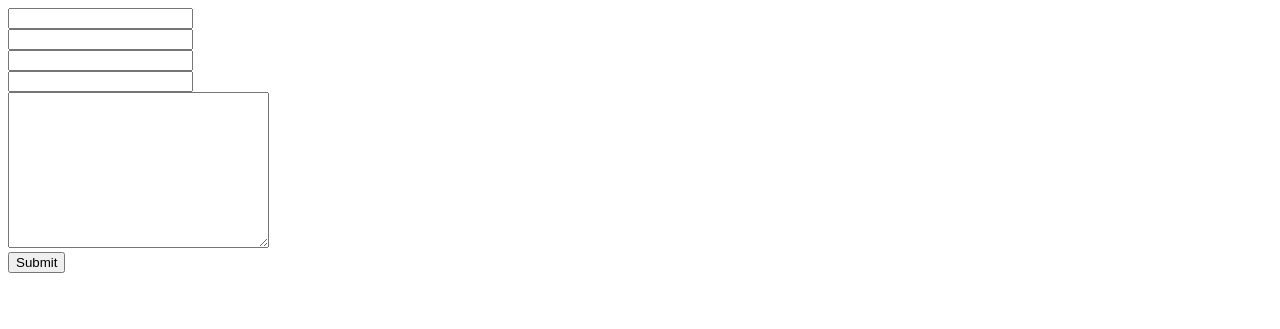
Repository: GitOnibi/jsp
Page: http://localhost/JSPprojec/notice/write_form.jsp?mode=write
The author's editor kept a copy of each file at every save. The page is drawn from the files as they stood at one save, then again after the next save.
The browser window is 1280 px wide. The pictures show the whole page.
The page is served by Tomcat 9. Other server files are loaded and not shown.

Above is the page before, as saved 2019-01-11 10:46:45.

### JSPprojec/WebContent/notice/write_form.jsp
<%@ page language="java" contentType="text/html; charset=UTF-8" pageEncoding="UTF-8"%>
<!DOCTYPE html>
<html>
<head>
<meta charset="UTF-8">
<title>write_form</title>
</head>
<body>
	<form action="" id="writeFrm">
		<input type="text" name="user_id"/><br />
		<input type="text" name="user_pw"/><br />
		<input type="text" namw="user_email"/><br />
		<input type="text" name="title"/><br />
		<textarea name="contents" id="" cols="30" rows="10"></textarea><br />
		<input type="submit" />
	</form>
</body>
</html>

After the next save:
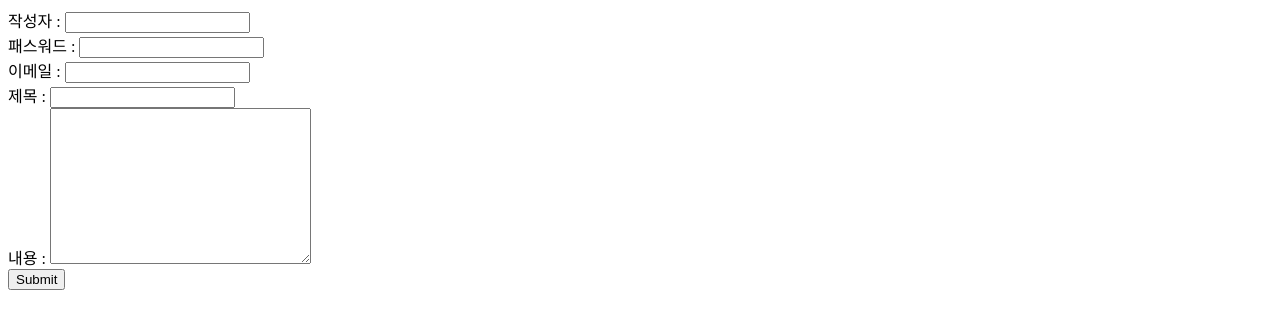
Saved 40 s later.
--- a/JSPprojec/WebContent/notice/write_form.jsp
+++ b/JSPprojec/WebContent/notice/write_form.jsp
@@ -7,11 +7,11 @@
 </head>
 <body>
 	<form action="" id="writeFrm">
-		<input type="text" name="user_id"/><br />
-		<input type="text" name="user_pw"/><br />
-		<input type="text" namw="user_email"/><br />
-		<input type="text" name="title"/><br />
-		<textarea name="contents" id="" cols="30" rows="10"></textarea><br />
+		작성자 : <input type="text" name="user_id"/><br />
+		패스워드 : <input type="text" name="user_pw"/><br />
+		이메일 : <input type="text" namw="user_email"/><br />
+		제목 : <input type="text" name="title"/><br />
+		내용 : <textarea name="contents" id="" cols="30" rows="10"></textarea><br />
 		<input type="submit" />
 	</form>
 </body>
